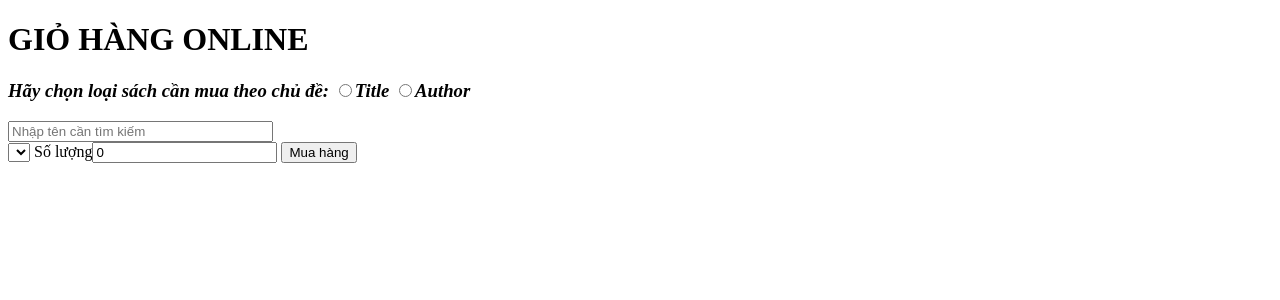
Repository: trangtruc/Java_NangCao
Page: http://localhost/Demo_Database/Myeshop.jsp
The author's editor kept a copy of each file at every save. The page is drawn from the files as they stood at one save, then again after the next save.
The browser window is 1280 px wide. The pictures show the whole page.
The page is served by Tomcat 9. Queries for data that is not in the repository find no rows.

Above is the page before, as saved 2017-03-14 12:12:52.

After the next save:
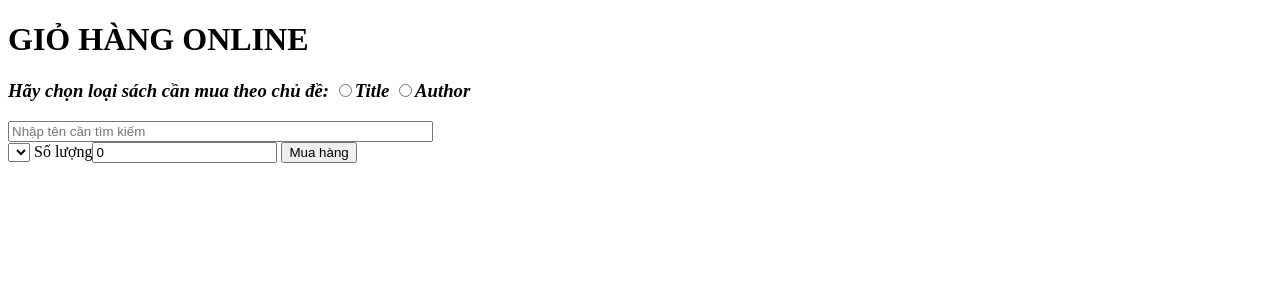
Saved 7 s later.
--- a/Buoi4/Demo_Database/WebContent/Myeshop.jsp
+++ b/Buoi4/Demo_Database/WebContent/Myeshop.jsp
@@ -28,7 +28,7 @@
 				<input type="radio" name="ra" value="author"/>Author
             </i></h3>
 
-           <input type="text" name="key" placeholder="Nhập tên cần tìm kiếm" size="30"/>
+           <input type="text" name="key" placeholder="Nhập tên cần tìm kiếm" size="50"/>
 
 			</br>
 
